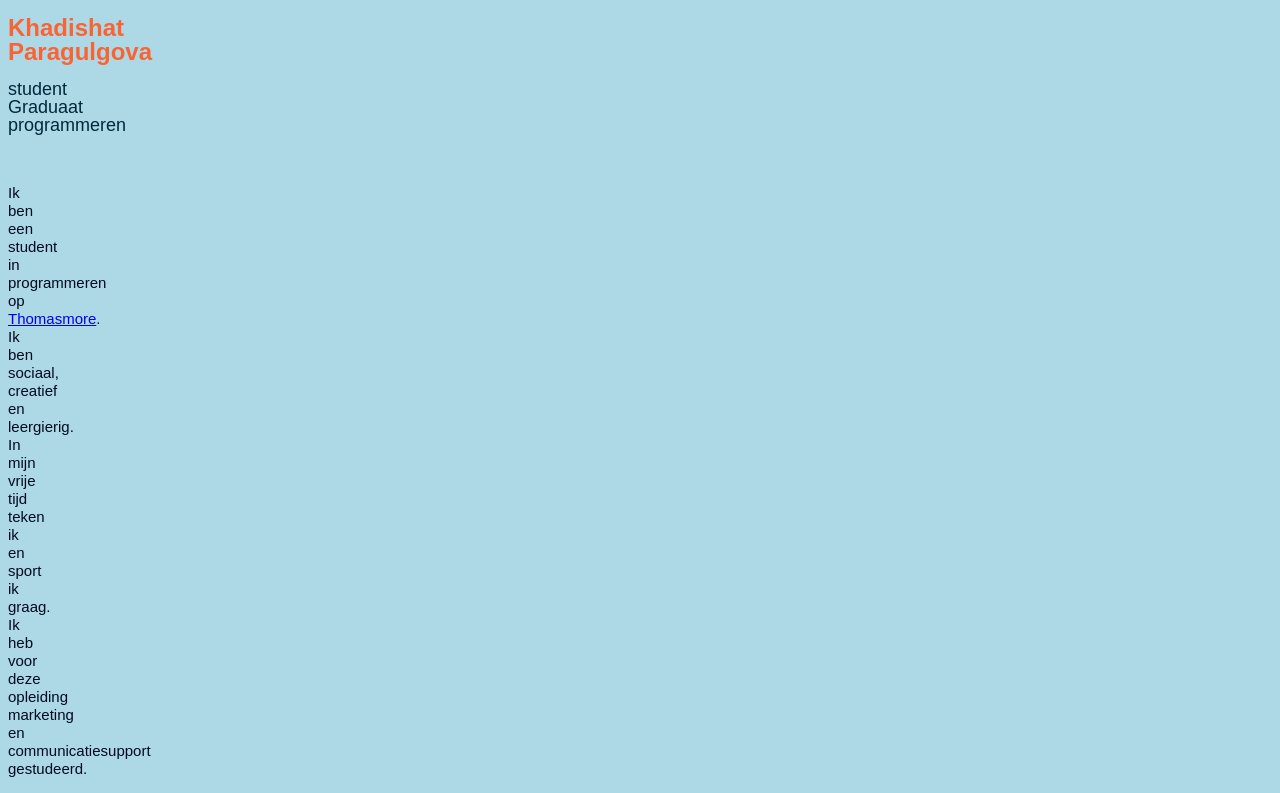
Repository: khadishat00/portfolio
Page: index.html
An editor plug-in stored every save of this project. The page is shown before and after the next save, followed by the edit.
The browser window is 1280 px wide. The pictures show the whole page.

Above is the page before, as saved 2026-09-24 14:43:08.

After the next save:
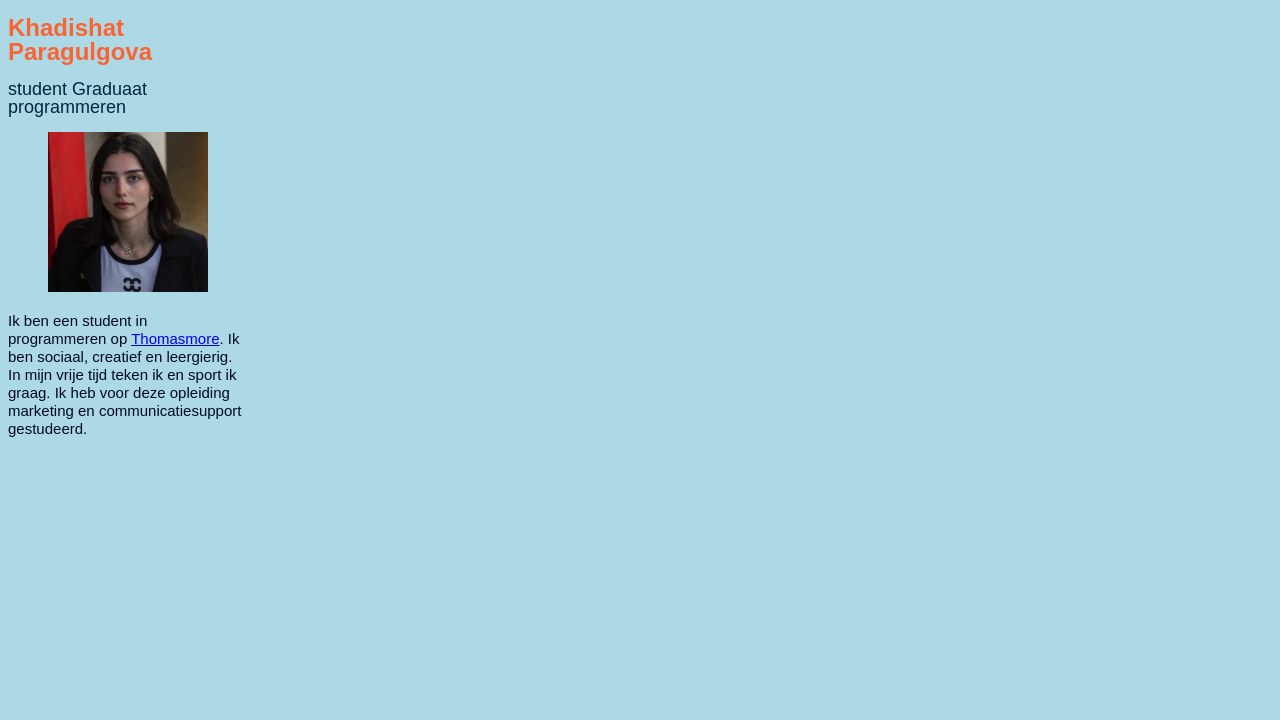
Saved 4 s later.
--- a/index.html
+++ b/index.html
@@ -11,7 +11,7 @@
     }
     body{
         background-color: lightblue;
-        max-width: 1rem;
+        max-width: 15rem;
     }
     h1 {
       font-family: "Century Gothic", sans-serif;
